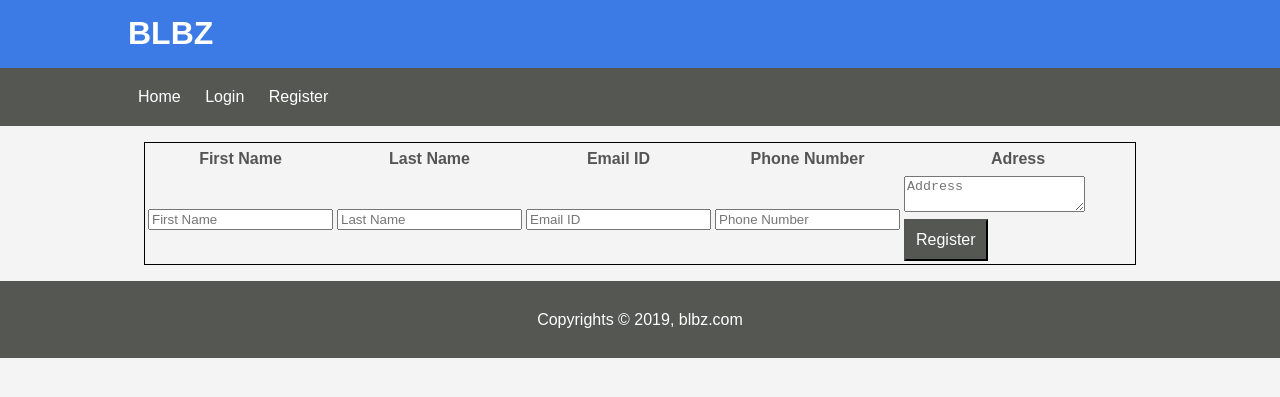
Repository: Kutty39/WebApps
Page: http://localhost/WebPageApp1/editpage.jsp
These files come from the project's save history. The page is drawn as it stood at one moment and after the next save; the edit follows.
The browser window is 1280 px wide. The pictures show the whole page.
The page is served by Tomcat 9. Other server files are loaded and not shown.

Above is the page before, as saved 2019-12-09 13:21:56.

### LoginRegistrationPage/WebPageApp1/src/main/webapp/editpage.jsp
<%@ page language="java" contentType="text/html; charset=UTF-8"
	pageEncoding="UTF-8"%>
<!DOCTYPE html>
<html>
<head>
<title>My Page</title>
<link href="CSS/mycss.css" rel="stylesheet" type="text/css">
<script
	src="https://ajax.googleapis.com/ajax/libs/jquery/3.4.1/jquery.min.js"></script>
<script src="JS/myjs.js"></script>
</head>
<body>
	<header class="head">
		<div class="container">
			<h1>BLBZ</h1>
		</div>
	</header>
	<nav class="nav-bar">
		<div class="container">
			<ul>
				<li><a class="button home">Home</a></li>
				<li><a class="button login">Login</a></li>
				<li><a class="button register">Register</a></li>
				<li><a class="button data" hidden>Date Tab</a></li>
				<li><a class="button userprof" hidden>User Profile</a></li>
				<li><a class="button logout" hidden>Log Out</a></li>
			</ul>
		</div>
	</nav>
	<section class="main">
		<div id="ajx" class="container">
			<table style="margin:1rem ; border-style:solid;border-color: black;border-width:0.1rem;box-sizing: border-box;table-layout: auto;">
				<tr>
					<th>First Name</th>
					<th>Last Name</th>
					<th>Email ID</th>
					<th>Phone Number</th>
					<th>Adress</th>
				</tr>
				<tr>
					<td><input type="text" name="fname" placeholder="First Name"
						required="required"></td>
					<td><input type="text" name="lname" required="required"
						placeholder="Last Name"></td>
					<td>
						<p class="hd-lbl eid" hidden>*Mandatory field</p> <input
						type="text" id="eid" name="eid" required="required"
						placeholder="Email ID">
					</td>
					<td>
						<p class="hd-lbl phn" hidden>*Mandatory field</p> <input
						type="text" name="phn" required="required"
						placeholder="Phone Number">
					</td>
					<td><textarea name="adrs" required="required"
							placeholder="Address"></textarea> <input id="regBtn"
						class="button" type="submit" value="Register"></td>
				</tr>
			</table>
		</div>
	</section>
	<footer>
		<div class="container">Copyrights &copy; 2019, blbz.com</div>
	</footer>
</body>
</html>

### LoginRegistrationPage/WebPageApp1/src/main/webapp/CSS/mycss.css
@charset "UTF-8";
*{
	box-sizing: border-box;}
body {
	background-color: #f4f4f4;
	color: #555;
	font-family: Arial, Helvetica, sans-serif;
	font-size: 16px;
	line-height: 1.6em;
	margin: 0;
	background-color: #f4f4f4;
}

p.hd-lbl {
	padding: 0;
	margin: 0;
	width: 100%;
	font-family: monospace;
	line-height: 1rem;
}

.hd-lbl {
	color: red;
	font-size: 0.7rem;
}

.container {
	width: 80%;
	margin: auto;
	overflow: hidden;
}

.form-header {
	text-align: center;
	width: 100%;
	margin: auto;
	margin-bottom: 1em;
	padding: 1px;
	background-color: #f57900;
}

.form-container, .out-container {
	width: 50%;
	background-color: white;
	margin: auto;
	overflow: hidden;
	border: 1rem #ccc solid;
	padding: 2em;
}

.button {
	background-color: #555753;
	padding: 10px;
	color: white;
	font-size: 1em;
}

.my-form input[type="text"], .my-form textarea, .my-form input[type="password"]
	{
	width: 100%;
	padding: 0.5rem;
	margin-bottom: 0.5rem;
	font-size: 1em;
	box-sizing: border-box
}

.head {
	background: #3c7be5;
}

.head h1 {
	color: white;
}

.nav-bar {
	background-color: #555753;
}

.nav-bar ul {
	padding-left: 0;
	list-style: none;
	text-decoration: none;
	list-style: none;
}

.nav-bar li {
	display: inline;
}

.nav-bar a {
	text-decoration: none;
}

.nav-bar a:hover {
	background: white;
	color: black;
}

footer {
	background-color: #555753;
	color: white;
	text-align: center;
	padding: 2%;
}

@media ( max-width : 600px) {
	nav, article {
		width: 100%;
		height: auto;
	}
}
/* body{
	font: bold 100% Arial,Helvetica,sans-serif;
}
.btn {
	border-radius: 15px;
	padding: 5px;
	background: aqua;
}

.btn:hover {
	background-color: buttonface;
}

.box-1 {
	text-align:center;
	border-radius: 5px;
	background-color: #f2f2f2;
	padding: 5%;
	margin: auto;
	width: 80%
}
.box-1 h2{
	text-transform: capitalize;
	letter-spacing: 0.1em;
} */

### LoginRegistrationPage/WebPageApp1/src/main/webapp/JS/myjs.js
$(document).ready(function() {
	// this will bind the method for currently available elements
	$("a.button").click(loadpage);
	// this on method will bind the methods to future elements
	$("#ajx").on("blur","input[type!='submit']",($(this), mandChecker));
	$("#ajx").on("keyup","input[type!='submit']",($(this), mandChecker));
	$("#ajx").on("blur","#eid",check);
	$("#ajx").on("blur","#usr",check);
	$("#ajx").on("submit","#regForm",function(e){
		var s=true;
			$("p.hd-lbl").each(function() {
				if (this.style.display === "block") {
					s=false;
				}
			});
			if(s){
			$.ajax({
				type : "POST",
				url : "regestration",
				data :$("#regForm").serialize(),
				success : function(msg) {
					$("#ajx").html(msg);
				},
				dataType : "html"
			});
			}
			e.preventDefault();
	});


	$("#ajx").on("submit","#lgnForm",function(e){
		var s=true;
		$("#errormsg").hide();
		$("#successmsg").hide();
			$("p.hd-lbl").each(function() {
				if (this.style.display === "block") {
					s=false;
				}
			});
			if(s){
				$.post("login",$("#lgnForm").serialize(),function(msg) {
					if(msg.search("Login")<0){
						lognaction();}
						$("#ajx").html(msg);
					});
				}
		e.preventDefault();
	});


	$("#ajx").on("submit","#profForm",function(e){
		let s = true;
		$("p.hd-lbl").each(function() {
			if (this.style.display === "block") {
				s=false;
				return;
			}
		});
		if(s){
			$.post("update",$("#profForm").serialize(),function(msg) {
				alert(msg);
			});
		}
		 e.preventDefault();
	});

});

function lognaction(){
	$("a.button").each(function(){
		if($(this).attr('class').indexOf("home")<=0){
		$(this).toggle();}
	});
}
function logconfirm(){
	$("a.button.login").hide()
	$("a.button.register").hide();
	$("a.button.userprof").show();
	$("a.button.logout").show();
}


function loadpage() {
	var cls = $(this).attr("class").replace("button ","");
	console.log(cls.replace("button ",""));
	$.ajax({
		type : "post",
		url : "switchpage",
		data : {"page" : cls},
		success : function(msg) {
			if(cls=="logout"){
				lognaction();
			}
			$("#ajx").html(msg);
		},
		dataType : "html"
	});
}

function check(){
	var obj=$(this);
	if(obj!=null){
	$.ajax({
		type : "post",
		url : "validate",
		data : {"email":obj.val()},
		success : function(msg) {
			if(msg==="true"){
				if(obj.attr("name")==="eid"){
				$(".hd-lbl.eid").text("*Email alread exists.");
				$(".hd-lbl.eid").show();
				}if(obj.attr("name")==="username"){
					$(".hd-lbl.username").hide();
				}
			}else{
				if(obj.attr("name")==="username"){
					$(".hd-lbl.username").text("*Email is not exists. please register and come back");
					$(".hd-lbl.username").show();
				}else if(obj.attr("name")==="eid"){
					$(".hd-lbl.eid").hide();
				}
			}
		}
	});
	}
}

function mandChecker(element) {
	var val = element.target.value;
	var name = element.target.name;
	var obj = $(".hd-lbl." + name);
	if (val === "") {
		obj.show();
	} else {
		obj.show();
		var regx = "";
		if (name === "phn") {
			regx = /^\d{10}$/;
			if (regx.test(val)) {
				obj.hide();
			} else {
				obj.text("* Phone number should be 10 digit");
			}
		} else if (name === "eid") {
			regx = /^[a-zA-z\d._-]+\@[a-zA-Z\d.-]+\.[a-zA-Z]{2,4}$/;
			if (regx.test(val)) {
				obj.hide();
			} else {
				obj.text("* Please enter valid email.");
			}
		} else if (name === "pas") {
			regx = /^((?=.*[a-z])(?=.*[A-Z])(?!.*\s)(?=.*[@$!%*?&])).{8,15}$/;
			if (regx.test(val)) {
				obj.hide();
			} else {
				obj.show();
			}
		} else if (name === "conpas") {
			var ps = $("input[name='pas']").val();
			if (val === ps) {
				obj.hide();
			} else {
				obj.show();
			}
		} else {
			obj.hide();
		}
	}
}

After the next save:
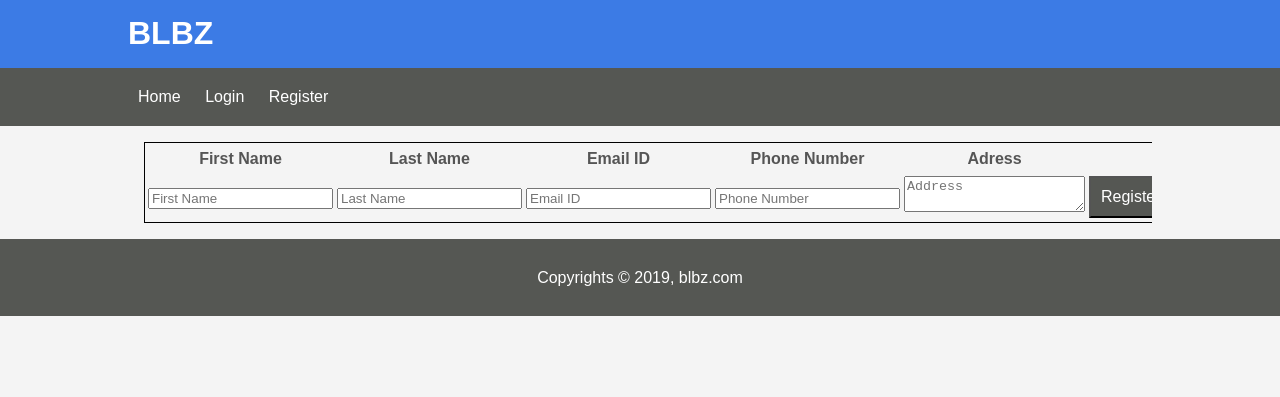
Saved 22 s later.
--- a/LoginRegistrationPage/WebPageApp1/src/main/webapp/editpage.jsp
+++ b/LoginRegistrationPage/WebPageApp1/src/main/webapp/editpage.jsp
@@ -1,5 +1,5 @@
 <%@ page language="java" contentType="text/html; charset=UTF-8"
-	pageEncoding="UTF-8"%>
+pageEncoding="UTF-8"%>
 <!DOCTYPE html>
 <html>
 <head>
@@ -29,7 +29,8 @@
 	</nav>
 	<section class="main">
 		<div id="ajx" class="container">
-			<table style="margin:1rem ; border-style:solid;border-color: black;border-width:0.1rem;box-sizing: border-box;table-layout: auto;">
+			<table
+				style="margin: 1rem; border-style: solid; border-color: black; border-width: 0.1rem; box-sizing: border-box;">
 				<tr>
 					<th>First Name</th>
 					<th>Last Name</th>
@@ -53,8 +54,9 @@
 						placeholder="Phone Number">
 					</td>
 					<td><textarea name="adrs" required="required"
-							placeholder="Address"></textarea> <input id="regBtn"
-						class="button" type="submit" value="Register"></td>
+							placeholder="Address"></textarea></td>
+					<td><input id="regBtn" class="button" type="submit"
+						value="Register"></td>
 				</tr>
 			</table>
 		</div>
